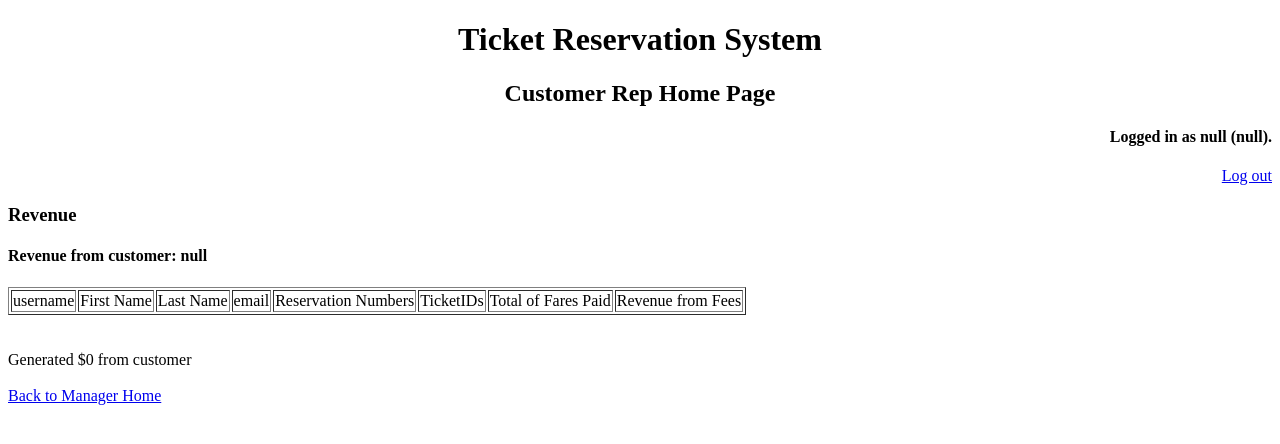
Repository: Pheazon/data_management
Page: http://localhost/cs336Final/revenueCustomer.jsp
An editor plug-in stored every save of this project. The page is shown before and after the next save, followed by the edit.
The browser window is 1280 px wide. The pictures show the whole page.
The page is served by Tomcat 9. The database holds what the project's SQL file puts in it. Queries for data that is not in the repository find no rows.

Above is the page before, as saved 2019-12-11 00:36:20.

### cs336Final/WebContent/revenueCustomer.jsp
<%@ page language="java" contentType="text/html; charset=ISO-8859-1"
	pageEncoding="ISO-8859-1" import="com.cs336.pkg.*"%>
<%@ page import="java.io.*,java.util.*,java.sql.*"%>
<%@ page import="javax.servlet.http.*,javax.servlet.*"%>
<!DOCTYPE html PUBLIC "-//W3C//DTD HTML 4.01 Transitional//EN" "http://www.w3.org/TR/html4/loose.dtd">
<html>
<head>
<meta http-equiv="Content-Type" content="text/html; charset=ISO-8859-1">
<title>All Orders by Customer</title>
</head>
<body>


<h1 align="center">Ticket Reservation System</h1>
<h2 align="center">Customer Rep Home Page</h2>
<h4 align="right"> Logged in as
<%=session.getAttribute("username")%> (<%=session.getAttribute("userType") %>).
</h4>
<div align="right"><a href='../LogOut.jsp'>Log out</a></div>


<h3>Revenue</h3>

<h4>Revenue from customer: <%=request.getParameter("userid")%></h4>
<%

try{
		String username = request.getParameter("userid");
		int totalRev = 0;

		ApplicationDB db = new ApplicationDB();
		Connection con = db.getConnection();
		PreparedStatement ps = null;
		Class.forName("com.mysql.jdbc.Driver").newInstance();
		Connection conn = db.getConnection();

		Statement statement = con.createStatement();
		String command = "select userid, sum(TotalFare) tF, sum(BookingFee) rev " +
				"from " +
				"( " +
				"select userid, ReservationNumber, TotalFare, BookingFee " +
				"from Reservation  " +
				"join Reservations using(ReservationNumber) " +
				"join accounts using (userid) " +
				"where username='"+username+"' " +
				"group by ReservationNumber " +
				") A " +
				"group by userid";

		ResultSet result = statement.executeQuery(command);

		//Make an HTML table to show the results in:
		out.print("<table border='1'>");

		//make a row
		out.print("<tr>");

		//make a column
		out.print("<td>");
		out.print("username");
		out.print("</td>");

		//make a column
		out.print("<td>");
		out.print("First Name");
		out.print("</td>");

		//make a column
		out.print("<td>");
		out.print("Last Name");
		out.print("</td>");

		//make a column
		out.print("<td>");
		out.print("email");
		out.print("</td>");

		//make a column
		out.print("<td>");
		out.print("Reservation Numbers");
		out.print("</td>");

		//make a column
		out.print("<td>");
		out.print("TicketIDs");
		out.print("</td>");

		//make a column
		out.print("<td>");
		out.print("Total of Fares Paid");
		out.print("</td>");

		//make a column
		out.print("<td>");
		out.print("Revenue from Fees");
		out.print("</td>");

		out.print("</tr>");

		String firstName = "";
		String lastName = "";
		//parse out the results
		while (result.next()) {

			firstName = result.getString("firstName");
			lastName = result.getString("lastName");

			//make a row
			out.print("<tr>");
			//make a column
			out.print("<td>");
			out.print(result.getString("username"));
			out.print("</td>");
			out.print("<td>");
			out.print(result.getString("firstName"));
			out.print("</td>");
			out.print("<td>");
			out.print(result.getString("lastName"));
			out.print("</td>");
			out.print("<td>");
			out.print(result.getString("email"));
			out.print("</td>");
			out.print("<td>");
			out.print(result.getString("r"));
			out.print("</td>");
			out.print("<td>");
			out.print(result.getString("t"));
			out.print("</td>");
			out.print("<td>");
			out.print(result.getString("tF"));
			out.print("</td>");
			out.print("<td>");
			out.print(result.getString("rev"));
			out.print("</td>");
			out.print("</tr>");

			totalRev = totalRev + result.getInt("rev");
		}
		out.print("</table>");

		out.println("<br><br>Generated $"+totalRev+" from customer " + firstName + " " + lastName);
		result.close();

		statement.close();
		con.close();
} catch (Exception e){

}

%>
<br><br>
<a href="../HomePages/ManagerHome.jsp">Back to Manager Home</a>


</body>
</html>

### cs336Final/src/com/cs336/pkg/ApplicationDB.java
package com.cs336.pkg;

import java.sql.Connection;
import java.sql.DriverManager;
import java.sql.SQLException;

public class ApplicationDB {

	public ApplicationDB(){

	}

	public Connection getConnection(){

		//Create a connection string
		String url = "jdbc:mysql://cs336db.cdnjviplnzua.us-east-2.rds.amazonaws.com:3306/BarBeerDrinkerSample";
		Connection connection = null;

		try {
			//Load JDBC driver - the interface standardizing the connection procedure. Look at WEB-INF\lib for a mysql connector jar file, otherwise it fails.
			Class.forName("com.mysql.jdbc.Driver").newInstance();
		} catch (InstantiationException e) {
			// TODO Auto-generated catch block
			e.printStackTrace();
		} catch (IllegalAccessException e) {
			// TODO Auto-generated catch block
			e.printStackTrace();
		} catch (ClassNotFoundException e) {
			// TODO Auto-generated catch block
			e.printStackTrace();
		}
		try {
			//Create a connection to your DB
			connection = DriverManager.getConnection(url,"cs336", "Rutgers123!");
		} catch (SQLException e) {
			// TODO Auto-generated catch block
			e.printStackTrace();
		}

		return connection;

	}

	public void closeConnection(Connection connection){
		try {
			connection.close();
		} catch (SQLException e) {
			// TODO Auto-generated catch block
			e.printStackTrace();
		}
	}





	public static void main(String[] args) {
		ApplicationDB dao = new ApplicationDB();
		Connection connection = dao.getConnection();

		System.out.println(connection);
		dao.closeConnection(connection);
	}



}

### cs336Final/BarBeerDrinkerSample.sql (the tables this page reads)
CREATE TABLE `accounts` (
`userid` varchar(255) NOT NULL,
`password` varchar(255) NOT NULL,
`access` int NOT NULL,
PRIMARY KEY (`userid`)


) ENGINE=InnoDB DEFAULT CHARSET=latin1;

INSERT INTO `accounts`(`userid`, `password`, `access`) VALUES ('admin', 'mydb', '2');

INSERT INTO `accounts`(`userid`, `password`, `access`) VALUES ('a', 'a', '0');

INSERT INTO `accounts`(`userid`, `password`, `access`) VALUES ('b', 'b', '1');

INSERT INTO `accounts`(`userid`, `password`, `access`) VALUES ('c', 'c', '0');

CREATE TABLE Reservation (
ReservationNumber int auto_increment,
FlightNumber int,
DateBooked DATETIME NOT NULL,
BookingFee int,
TotalFare int,
type varchar(50),
SpecialMeal varchar(30),
class varchar(50),
userid varchar(255),

PRIMARY KEY (ReservationNumber),
FOREIGN KEY (FlightNumber) REFERENCES Flight(FlightNumber)
);

INSERT INTO Reservation(FlightNumber, DateBooked, BookingFee, TotalFare, type, SpecialMeal, class, userid) VALUES ("111", '2016-04-26 10:00:00', "50", "1000","one-way","chawal", "economy", "a");

INSERT INTO Reservation(FlightNumber, DateBooked, BookingFee, TotalFare, type, SpecialMeal, class, userid) VALUES ("222", '2016-04-18 14:00:00', "60", "1500","round-trip","chawal", "business", "a");

INSERT INTO Reservation(FlightNumber, DateBooked, BookingFee, TotalFare, type, SpecialMeal, class, userid) VALUES ("333", '2016-03-25 21:00:00', "69", "1559","round-tricp","roti", "first", "c");

INSERT INTO Reservation(FlightNumber, DateBooked, BookingFee, TotalFare, type, SpecialMeal, class, userid) VALUES ("333", '2016-03-25 21:00:00', "69", "1559","round-tricp","roti", "first", "c");

INSERT INTO Reservation(FlightNumber, DateBooked, BookingFee, TotalFare, type, SpecialMeal, class, userid) VALUES ("333", '2016-03-25 21:00:00', "69", "1559","round-tricp","roti", "first", "c");

INSERT INTO Reservation(FlightNumber, DateBooked, BookingFee, TotalFare, type, SpecialMeal, class, userid) VALUES ("333", '2016-03-25 21:00:00', "69", "1559","round-tricp","roti", "first", "c");

INSERT INTO Reservation(FlightNumber, DateBooked, BookingFee, TotalFare, type, SpecialMeal, class, userid) VALUES ("333", '2016-03-25 21:00:00', "69", "1559","round-tricp","roti", "first", "c");

INSERT INTO Reservation(FlightNumber, DateBooked, BookingFee, TotalFare, type, SpecialMeal, class, userid) VALUES ("333", '2016-03-25 21:00:00', "69", "1559","round-tricp","roti", "first", "c");

After the next save:
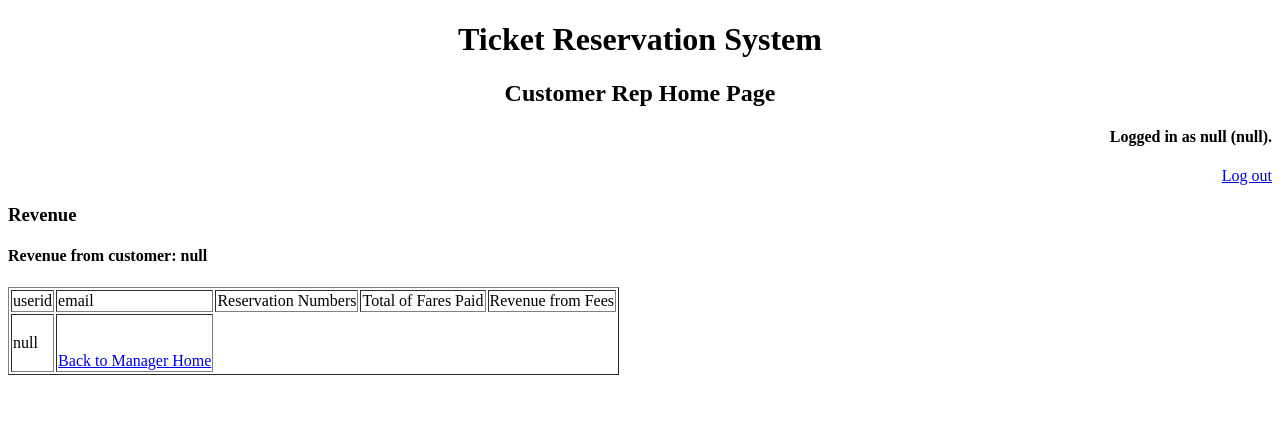
Saved 40 min 52 s later.
--- a/cs336Final/WebContent/revenueCustomer.jsp
+++ b/cs336Final/WebContent/revenueCustomer.jsp
@@ -14,7 +14,7 @@
 <h1 align="center">Ticket Reservation System</h1>
 <h2 align="center">Customer Rep Home Page</h2>
 <h4 align="right"> Logged in as
-<%=session.getAttribute("username")%> (<%=session.getAttribute("userType") %>).
+<%=session.getAttribute("userid")%> (<%=session.getAttribute("userType") %>).
 </h4>
 <div align="right"><a href='../LogOut.jsp'>Log out</a></div>
 
@@ -25,7 +25,7 @@
 <%
 
 try{
-		String username = request.getParameter("userid");
+		String userid = request.getParameter("userid");
 		int totalRev = 0;
 
 		ApplicationDB db = new ApplicationDB();
@@ -35,7 +35,8 @@ try{
 		Connection conn = db.getConnection();
 
 		Statement statement = con.createStatement();
-		String command = "select userid, sum(TotalFare) tF, sum(BookingFee) rev " +
+		String command = "SELECT userid, sum(TotalFare) tf, sum(BookingFee) bf FROM Reservation WHERE userid = '"+userid+"'";
+/* 		"select userid, sum(TotalFare) tF, sum(BookingFee) rev " +
 				"from " +
 				"( " +
 				"select userid, ReservationNumber, TotalFare, BookingFee " +
@@ -45,7 +46,7 @@ try{
 				"where username='"+username+"' " +
 				"group by ReservationNumber " +
 				") A " +
-				"group by userid";
+				"group by userid"; */
 
 		ResultSet result = statement.executeQuery(command);
 
@@ -57,18 +58,9 @@ try{
 
 		//make a column
 		out.print("<td>");
-		out.print("username");
+		out.print("userid");
 		out.print("</td>");
 
-		//make a column
-		out.print("<td>");
-		out.print("First Name");
-		out.print("</td>");
-
-		//make a column
-		out.print("<td>");
-		out.print("Last Name");
-		out.print("</td>");
 
 		//make a column
 		out.print("<td>");
@@ -80,10 +72,6 @@ try{
 		out.print("Reservation Numbers");
 		out.print("</td>");
 
-		//make a column
-		out.print("<td>");
-		out.print("TicketIDs");
-		out.print("</td>");
 
 		//make a column
 		out.print("<td>");
@@ -102,14 +90,14 @@ try{
 		//parse out the results
 		while (result.next()) {
 
-			firstName = result.getString("firstName");
-			lastName = result.getString("lastName");
+			firstName = result.getString("userid");
+			//lastName = result.getString("lastName");
 
 			//make a row
 			out.print("<tr>");
 			//make a column
 			out.print("<td>");
-			out.print(result.getString("username"));
+			out.print(result.getString("userid"));
 			out.print("</td>");
 			out.print("<td>");
 			out.print(result.getString("firstName"));
@@ -138,7 +126,7 @@ try{
 		}
 		out.print("</table>");
 
-		out.println("<br><br>Generated $"+totalRev+" from customer " + firstName + " " + lastName);
+		out.println("<br><br>Generated $"+totalRev+" from customer " + userid);
 		result.close();
 
 		statement.close();
